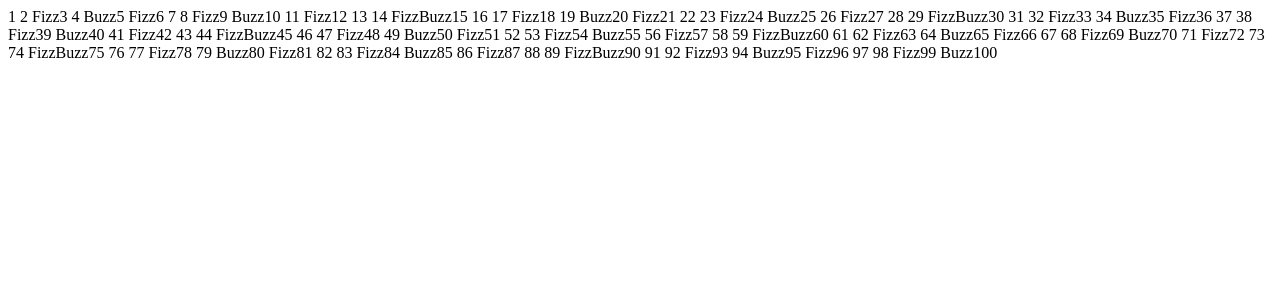
Repository: Miura-Kosuke/sample-repository
Page: http://localhost/FizzBuzz.php
The author's editor kept a record of every edit. The page is drawn from the files as they stood at one moment, then again after the next edit.
The browser window is 1280 px wide. The pictures show the whole page.
The page is run by PHP 8.4 with error messages shown; the project is at /var/www/html/.

Above is the page before.

### FizzBuzz.php
<?php

   for ($i = 1; $i <= 100 ; $i++) {
      if ($i % 15 === 0) {
          echo "FizzBuzz";
       } elseif ($i % 3 === 0) {
           echo "Fizz";
       } elseif ($i % 5 === 0) {
           echo "Buzz";
       }

        echo $i;
       echo PHP_EOL;
       }
?>

After the next edit:
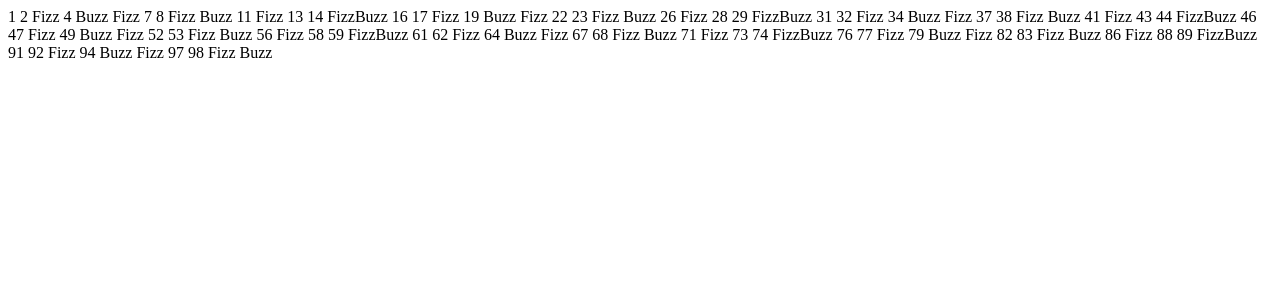
The edit:
--- a/FizzBuzz.php
+++ b/FizzBuzz.php
@@ -7,9 +7,9 @@
            echo "Fizz";
        } elseif ($i % 5 === 0) {
            echo "Buzz";
+       } else {
+        echo $i;
        }
-
-        echo $i;
        echo PHP_EOL;
        }
 ?>
